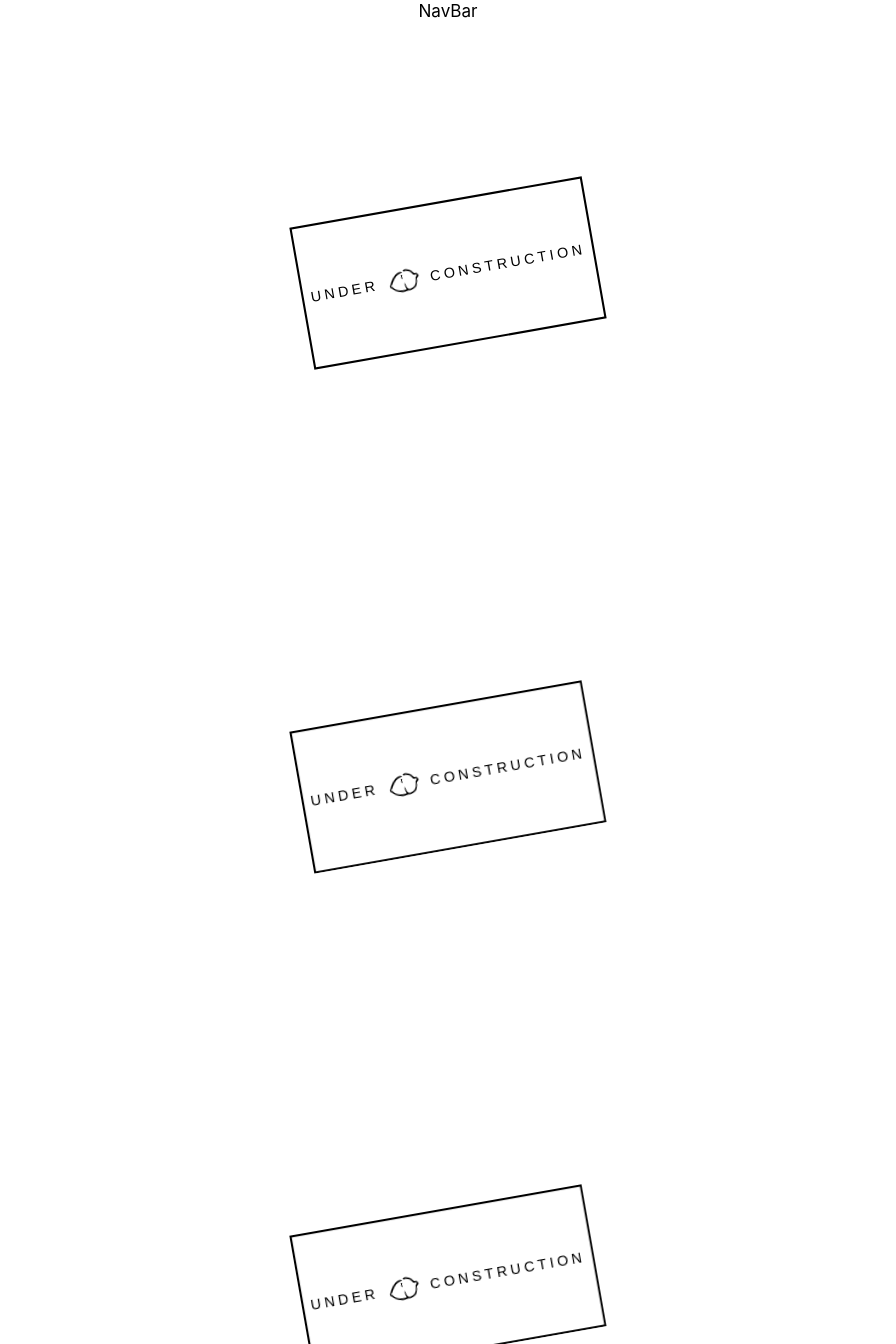
Repository: Achorn/achorn.github.io
Page: /
An editor plug-in stored every save of this project. The page is shown before and after the next save, followed by the edit.
The browser window is 1280 px wide. The pictures show the part of the page from y = 720 to 2640 px (the page is 2910 px tall), at 70% of full size.
The project was rebuilt for these pictures with package versions that can differ from the ones it lists, and the page was loaded fresh each time.

Above is the page before, as saved 2023-05-10 11:10:18.

After the next save:
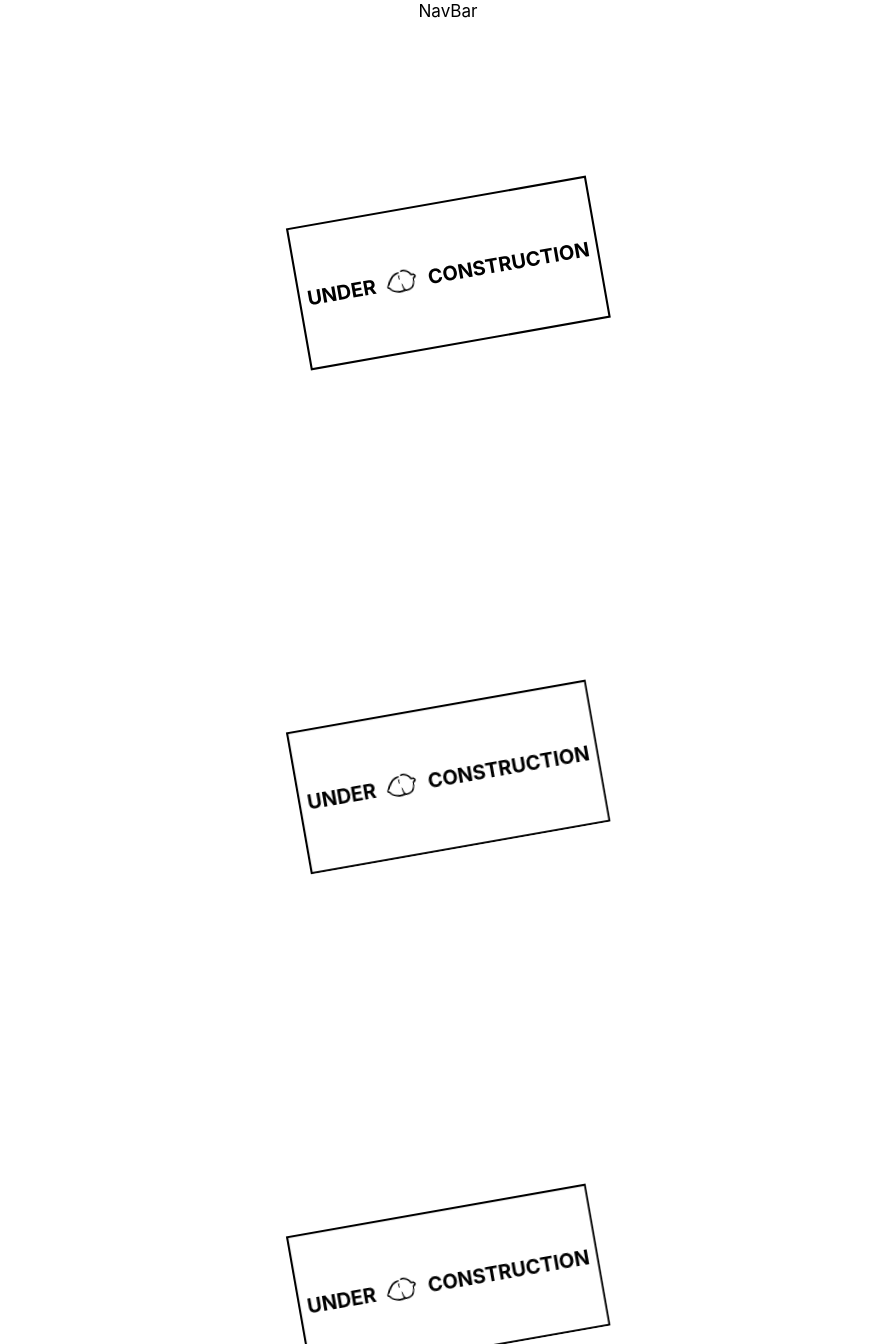
Saved 21 s later.
--- a/src/main/Main.css
+++ b/src/main/Main.css
@@ -22,29 +22,6 @@
   height: 100%;
   width: 100%;
   object-fit: cover;
-}
-
-.Under-construction {
-  border-style: solid;
-  border-color: black;
-
-  padding: 10px;
-  height: 25vh;
-  display: flex;
-  flex-direction: row;
-  align-items: center;
-  justify-content: center;
-  transform: rotate(350deg);
-}
-#under-construction-text {
-  user-select: none;
-  /* border-style: solid; */
-  /* border-color: blue; */
-  font-family: "futura-pt", sans-serif;
-  font-weight: 500;
-  line-height: 2.23vw;
-  letter-spacing: 0.39vw;
-  font-size: 1.6vw;
 }
 
 .Acorn-logo {

After the save that followed:
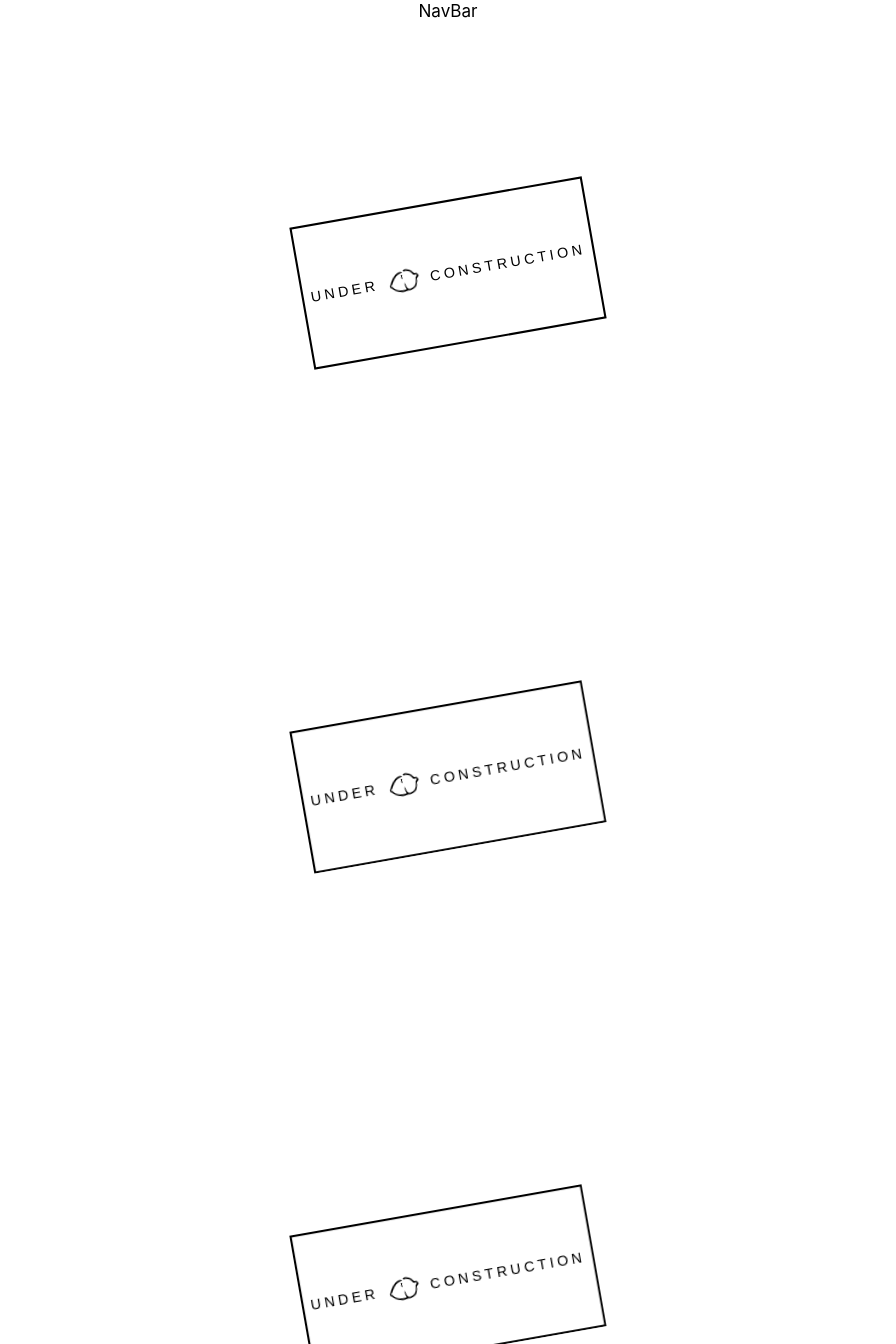
Saved 17 s later.
--- a/src/components/display/under-construction/Under-construction.css
+++ b/src/components/display/under-construction/Under-construction.css
@@ -10,3 +10,14 @@
   justify-content: center;
   transform: rotate(350deg);
 }
+
+#under-construction-text {
+  user-select: none;
+  /* border-style: solid; */
+  /* border-color: blue; */
+  font-family: "futura-pt", sans-serif;
+  font-weight: 500;
+  line-height: 2.23vw;
+  letter-spacing: 0.39vw;
+  font-size: 1.6vw;
+}
